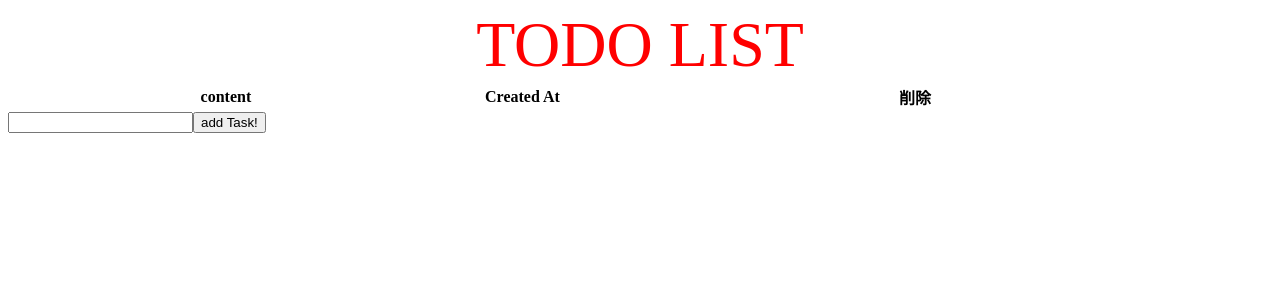
Repository: WistreHosshii/hacathon_todolList
Page: /
These files come from the project's save history. The page is drawn as it stood at one moment and after the next save; the edit follows.
The browser window is 1280 px wide. The pictures show the whole page.
The page's requests for data from a server got no answer. The project was rebuilt for these pictures with package versions that can differ from the ones it lists, and the page was loaded fresh each time. No one was signed in, and anything a server would have sent is missing.

Above is the page before, as saved 2019-06-11 00:01:16.

### index.html
<!DOCTYPE html>
<html lang="ja">

<head>
    <meta charset="UTF-8">
    <meta name="viewport" content="width=device-width, initial-scale=1.0">
    <meta http-equiv="X-UA-Compatible" content="ie=edge">
    <title>Document</title>
    <!-- <link rel="stylesheet" href="./index.css"> -->
</head>

<body>
    <div id="root"></div>
    <script src="./index.tsx"></script>
</body>

</html>

### App.tsx
import React, { Component } from 'react';
import { get, post, deleteTask } from './axios';
import styled from 'styled-components';

const CustomizedText = styled.div`
  font-size: 4rem;
  color: red;
  text-align: center;
`;
const Body = styled.div`
  width: 100%;
  font-size: 1rem;
`;
const JobTable = styled.table`
  text-align: left;
  margin: 0 auto;
  width: 70%;
`;
interface Props {}
interface State {
  todos: Todo[];
  value: string;
}

export default class App extends Component<Props, State> {
  constructor(props: any) {
    super(props);
    this.state = {
      todos: [],
      value: '',
    };
    this.handleChange = this.handleChange.bind(this);
  }

  componentDidMount() {
    get().then(response => {
      const todos: Todo[] = response.data.todos;
      this.setState({ todos });
    });
  }
  addTaskHandler() {
    if (this.state.value !== '') {
      post(this.state.value).then(response => {
        const todo: Todo = response.data;
        this.setState(state => ({ todos: [...state.todos, todo] }));
        this.setState({ value: '' });
      });
    }
  }
  deleteTaskHandler(id: string) {
    deleteTask(id).then(response => {
      const todos = this.state.todos.filter(v => v.id !== id);
      this.setState({ todos });
    });
  }
  handleChange(event: any) {
    this.setState({ value: event.target.value });
  }

  render() {
    return (
      <Body>
        <div className="todoList">
          <CustomizedText>TODO LIST</CustomizedText>
          <div className="contents">
            <JobTable>
              <tbody>
                <tr>
                  <th>content</th>
                  <th>Created At</th>
                  <th>削除</th>
                </tr>

                {this.state.todos.reverse().map((todo, i) => {
                  return (
                    <tr key={i}>
                      <td>{todo.content}</td>
                      <td>{new Date(todo.createdAt).toLocaleString()}</td>
                      <td>
                        <button
                          onClick={() => {
                            this.deleteTaskHandler(todo.id);
                          }}
                        >
                          削除!
                        </button>
                      </td>
                    </tr>
                  );
                })}
              </tbody>
            </JobTable>
          </div>
          <div className="computeTaskWrapper">
            <input type="text" value={this.state.value} onChange={this.handleChange} />
            <button
              className="btn"
              onClick={() => {
                this.addTaskHandler();
              }}
            >
              add Task!
            </button>
          </div>
        </div>
      </Body>
    );
  }
}

### axios.tsx
import axios from 'axios';
import App from './App';

const url = 'http://hackathon-test-server.jichoup.trap.show/';
export const get = () => {
  return axios.get(url);
};
export const post = (value: string) => {
  const content: TodoList.Post.Request = { content: value };
  return axios.post(url, content);
};
export const deleteTask = (_id: string) => {
  const id: TodoList.Delete.Request = { id: _id };
  return axios.delete(url, { data: id });
};

Loaded but not shown: index.tsx (common file)

After the next save:
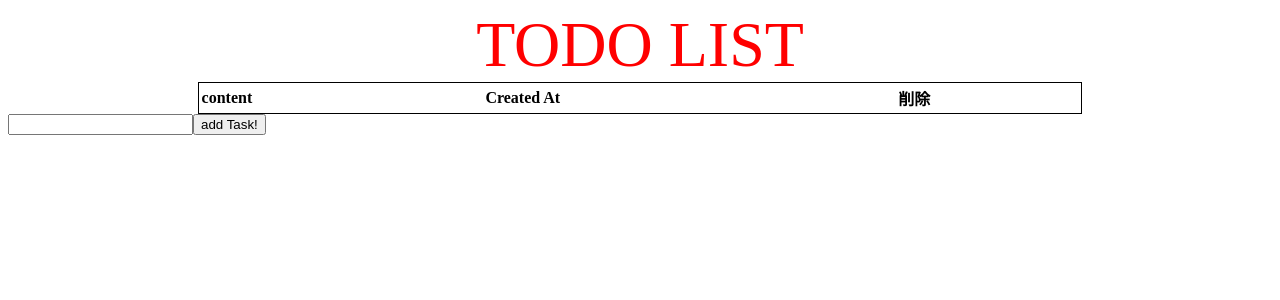
Saved 18 s later.
--- a/App.tsx
+++ b/App.tsx
@@ -15,6 +15,7 @@ const JobTable = styled.table`
   text-align: left;
   margin: 0 auto;
   width: 70%;
+  border: solid 1px black;
 `;
 interface Props {}
 interface State {
